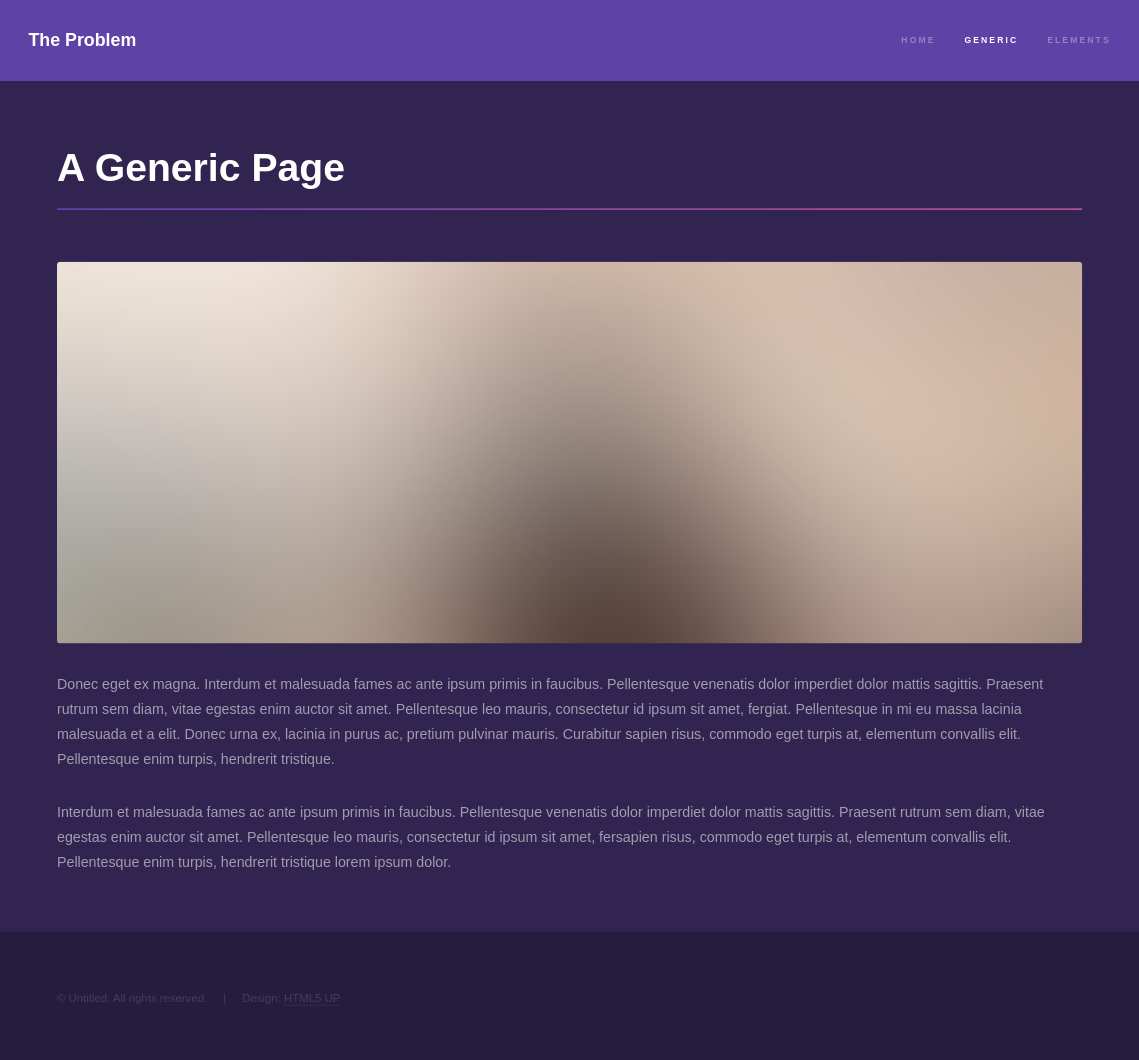
Repository: nocnoc94/nocnoc94.github.io
Page: the-problem.html
An editor plug-in stored every save of this project. The page is shown before and after a run of saves, followed by the edit.
The browser window is 1280 px wide. The pictures show the whole page, at 89% of full size.

Above is the page before, as saved 2024-02-21 22:59:57.

### the-problem.html
<!DOCTYPE HTML>
<!--
	Hyperspace by HTML5 UP
	html5up.net | @ajlkn
	Free for personal and commercial use under the CCA 3.0 license (html5up.net/license)
-->
<html>
	<head>
		<title>Abducere - The Problem</title>
		<meta charset="utf-8" />
		<meta name="viewport" content="width=device-width, initial-scale=1, user-scalable=no" />
		<link rel="stylesheet" href="/static/css/main.css" />
		<noscript><link rel="stylesheet" href="/static/css/noscript.css" /></noscript>
	</head>
	<body class="is-preload">

		<!-- Header -->
			<header id="header">
				<a href="index.html" class="title">The Problem</a>
				<nav>
					<ul>
						<li><a href="index.html">Home</a></li>
						<li><a href="generic.html" class="active">Generic</a></li>
						<li><a href="elements.html">Elements</a></li>
					</ul>
				</nav>
			</header>

		<!-- Wrapper -->
			<div id="wrapper">

				<!-- Main -->
					<section id="main" class="wrapper">
						<div class="inner">
							<h1 class="major">A Generic Page</h1>
							<span class="image fit"><img src="/static/images/pic04.jpg" alt="" /></span>
							<p>Donec eget ex magna. Interdum et malesuada fames ac ante ipsum primis in faucibus. Pellentesque venenatis dolor imperdiet dolor mattis sagittis. Praesent rutrum sem diam, vitae egestas enim auctor sit amet. Pellentesque leo mauris, consectetur id ipsum sit amet, fergiat. Pellentesque in mi eu massa lacinia malesuada et a elit. Donec urna ex, lacinia in purus ac, pretium pulvinar mauris. Curabitur sapien risus, commodo eget turpis at, elementum convallis elit. Pellentesque enim turpis, hendrerit tristique.</p>
							<p>Interdum et malesuada fames ac ante ipsum primis in faucibus. Pellentesque venenatis dolor imperdiet dolor mattis sagittis. Praesent rutrum sem diam, vitae egestas enim auctor sit amet. Pellentesque leo mauris, consectetur id ipsum sit amet, fersapien risus, commodo eget turpis at, elementum convallis elit. Pellentesque enim turpis, hendrerit tristique lorem ipsum dolor.</p>
						</div>
					</section>

			</div>

		<!-- Footer -->
			<footer id="footer" class="wrapper alt">
				<div class="inner">
					<ul class="menu">
						<li>&copy; Untitled. All rights reserved.</li><li>Design: <a href="http://html5up.net">HTML5 UP</a></li>
					</ul>
				</div>
			</footer>

		<!-- Scripts -->
			<script src="/static/js/jquery.min.js"></script>
			<script src="/static/js/jquery.scrollex.min.js"></script>
			<script src="/static/js/jquery.scrolly.min.js"></script>
			<script src="/static/js/browser.min.js"></script>
			<script src="/static/js/breakpoints.min.js"></script>
			<script src="/static/js/util.js"></script>
			<script src="/static/js/main.js"></script>

	</body>
</html>

Loaded but not shown: static/js/jquery.min.js (library); static/js/jquery.scrollex.min.js (common file); static/css/fontawesome-all.min.css (library); static/js/jquery.scrolly.min.js (common file); static/js/browser.min.js (common file); static/js/breakpoints.min.js (common file); static/js/util.js (587 lines, source omitted); static/js/main.js (190 lines, source omitted); static/css/main.css (3909 lines, source omitted)

After the next 2 saves:
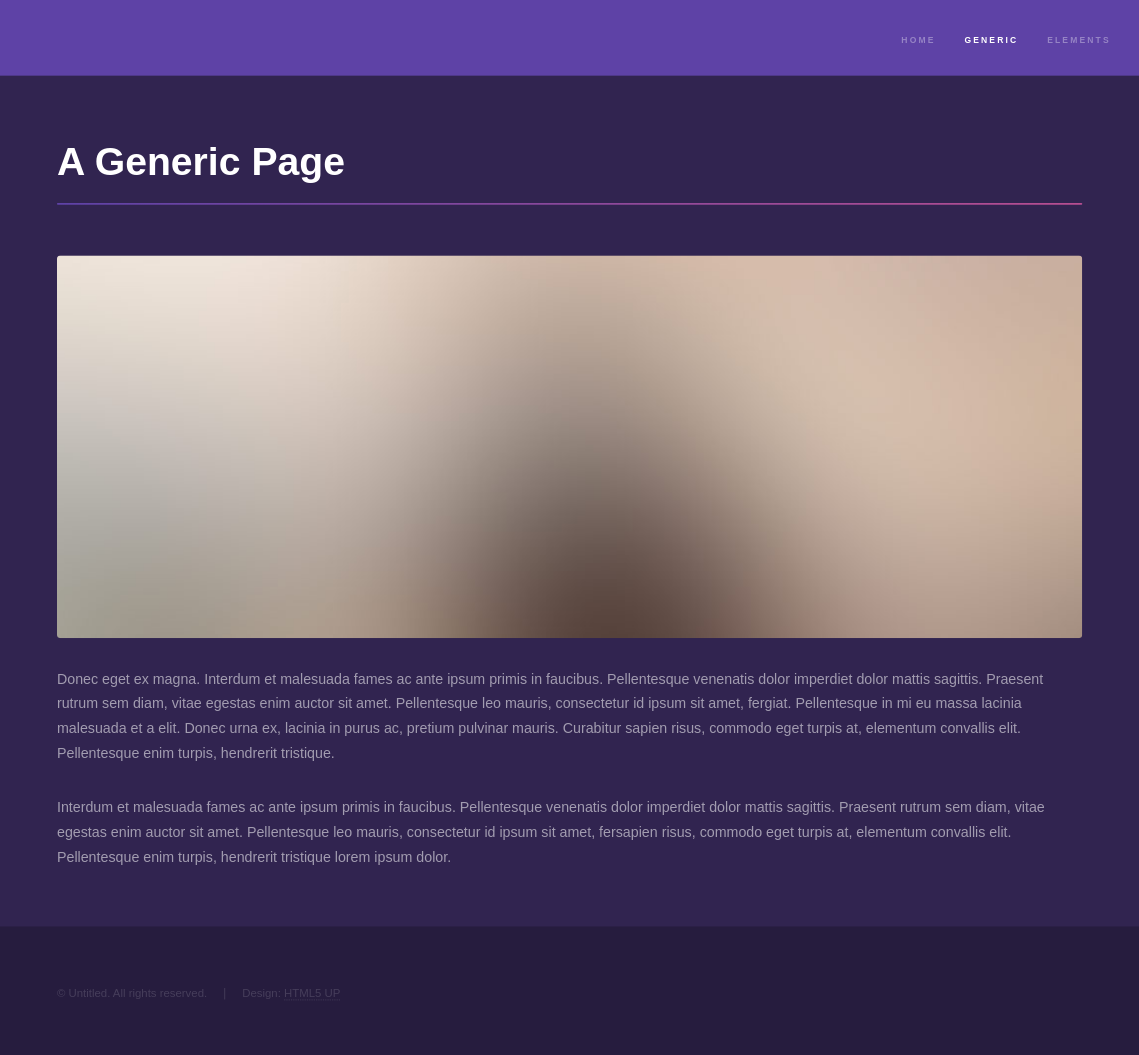
The 2 saves are shown as one change because they came seconds apart.
The last was saved 30 s later.
--- a/the-problem.html
+++ b/the-problem.html
@@ -16,7 +16,7 @@
 
 		<!-- Header -->
 			<header id="header">
-				<a href="index.html" class="title">The Problem</a>
+				<a href="index.html" class="title"></a>
 				<nav>
 					<ul>
 						<li><a href="index.html">Home</a></li>

After the save that followed:
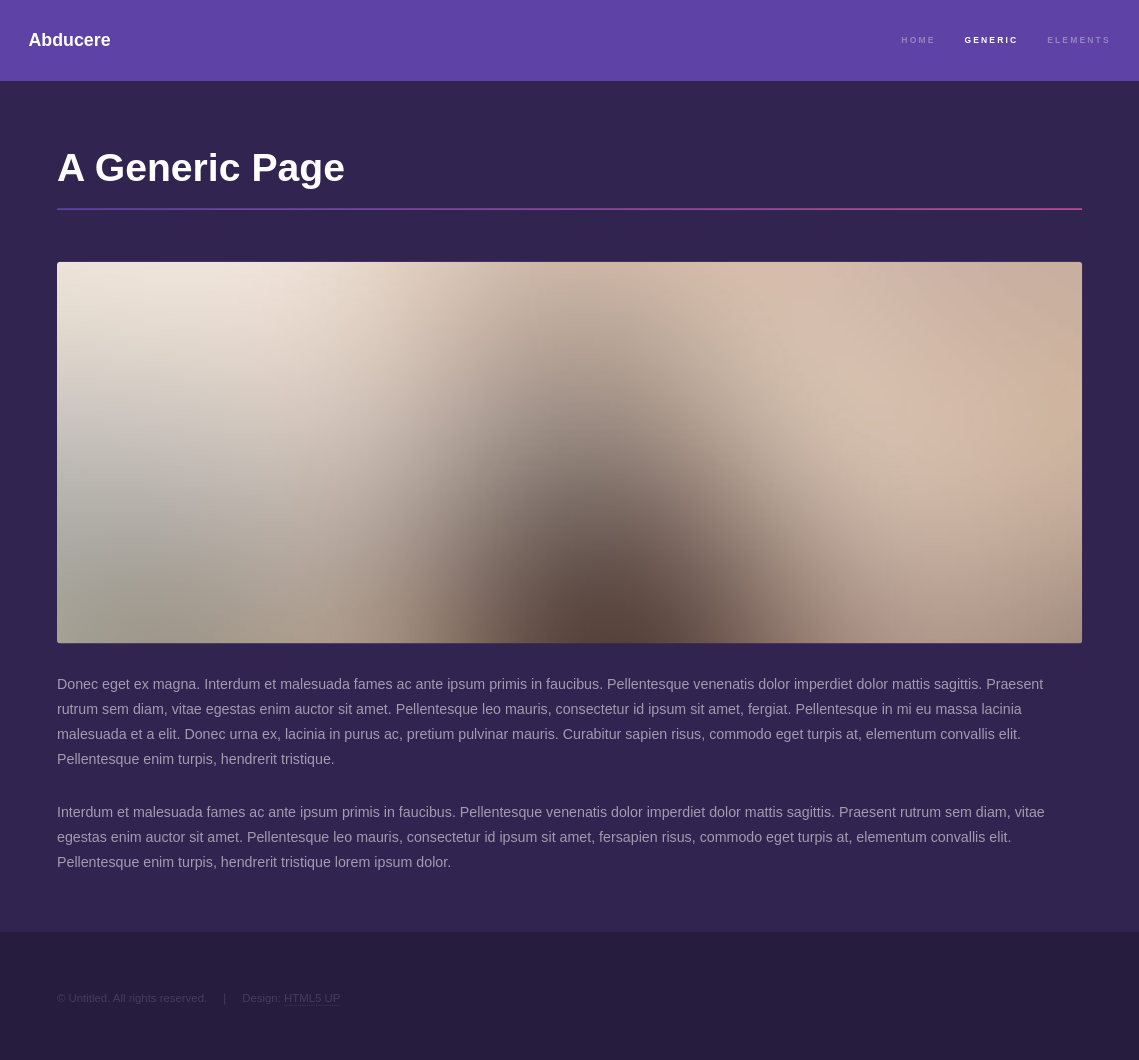
Saved 4 s later.
--- a/the-problem.html
+++ b/the-problem.html
@@ -16,7 +16,7 @@
 
 		<!-- Header -->
 			<header id="header">
-				<a href="index.html" class="title"></a>
+				<a href="index.html" class="title">Abducere</a>
 				<nav>
 					<ul>
 						<li><a href="index.html">Home</a></li>
